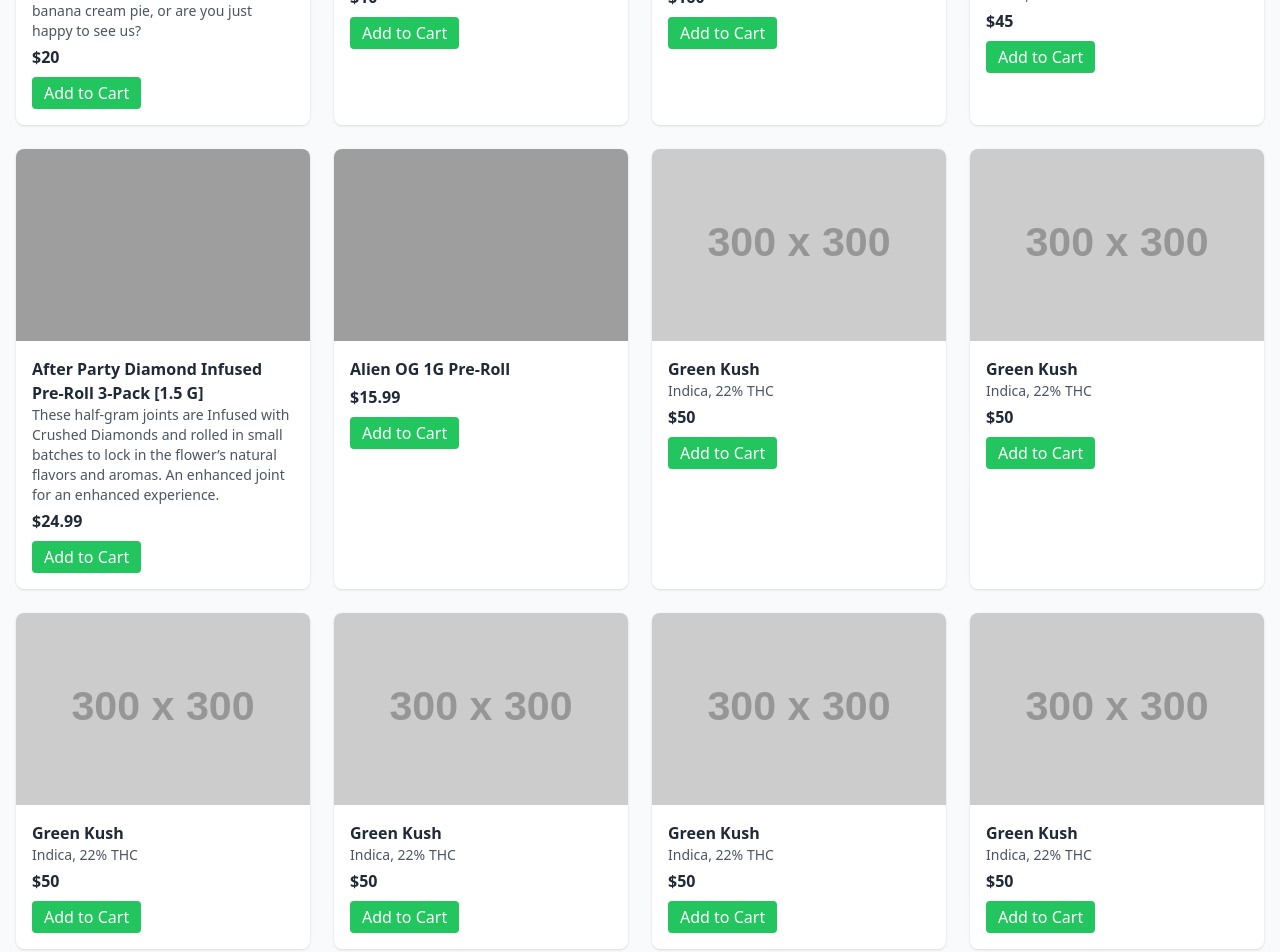
Repository: faryalsaleem50/greencare-cannabis
Page: pre-rolls.html
These files come from the project's save history. The page is drawn as it stood at one moment and after the next save; the edit follows.
The browser window is 1280 px wide. The pictures show the part of the page from y = 435 to 1387 px (the page is 2440 px tall).
Pictures or frames that could not be fetched are drawn as grey boxes. A picture or video elsewhere on the page could not be fetched, so the positions and the page height are approximate. Some web libraries are served in a nearby version.

Above is the page before, as saved 2026-02-11 14:13:32.

After the next save:
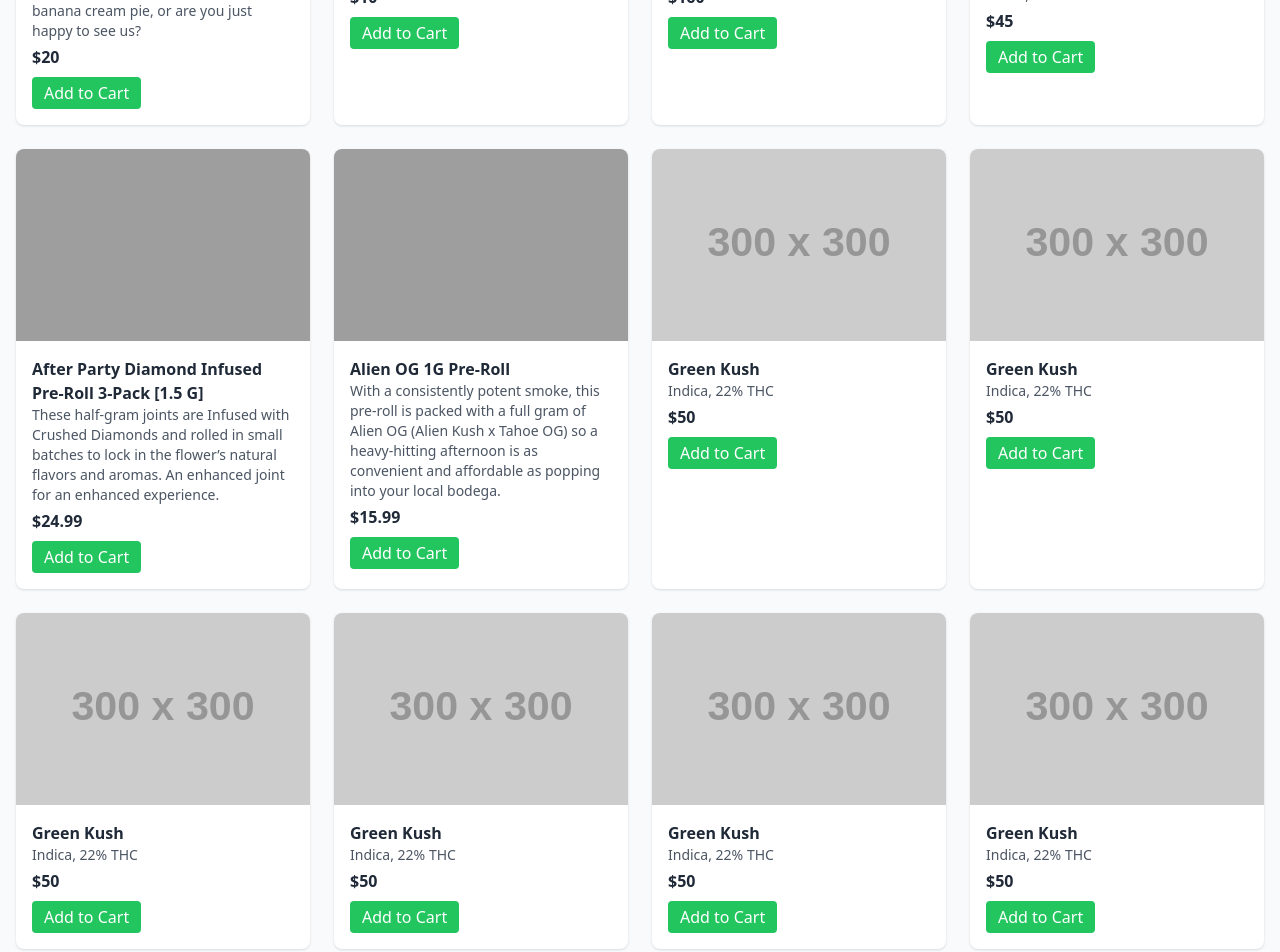
Saved 15 s later.
--- a/pre-rolls.html
+++ b/pre-rolls.html
@@ -166,7 +166,7 @@
         <img src="https://www.greencarecannabisdispensary.com/wp-content/uploads/2024/07/Alien-OG-1G-Pre-Roll.avif" alt="Product" class="w-full h-48 object-cover" />
         <div class="p-4">
           <h3 class="font-semibold">Alien OG 1G Pre-Roll</h3>
-          <p class="text-sm text-gray-600"></p>
+          <p class="text-sm text-gray-600">With a consistently potent smoke, this pre-roll is packed with a full gram of Alien OG (Alien Kush x Tahoe OG) so a heavy-hitting afternoon is as convenient and affordable as popping into your local bodega.</p>
           <p class="font-bold mt-1">$15.99</p>
           <button class="mt-2 bg-primary text-white px-3 py-1 rounded hover:bg-secondary transition add-to-cart">
             Add to Cart
